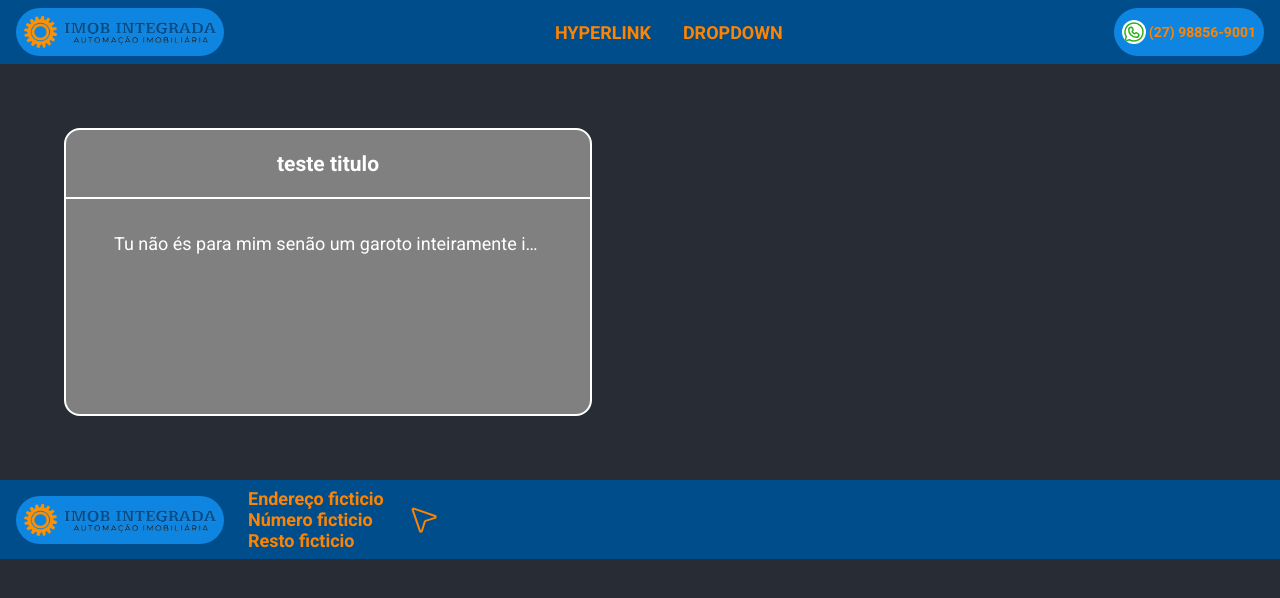
Repository: K0slov/testeAPI
Page: /
An editor plug-in stored every save of this project. The page is shown before and after the next save, followed by the edit.
The browser window is 1280 px wide. The pictures show the whole page.
The project was rebuilt for these pictures with package versions that can differ from the ones it lists, and the page was loaded fresh each time. Also part of the build but not shown: vite.config.ts.

Above is the page before, as saved 2022-06-27 18:48:26.

### index.html
<!DOCTYPE html>
<html lang="en">
  <head>
    <meta charset="UTF-8" />
    <link rel="icon" type="image/svg+xml" href="/src/favicon.svg" />
    <meta name="viewport" content="width=device-width, initial-scale=1.0" />
    <link rel="preconnect" href="https://fonts.googleapis.com" />
    <link rel="preconnect" href="https://fonts.gstatic.com" crossorigin />
    <link href="https://fonts.googleapis.com/css2?family=Roboto:wght@400;500;700&display=swap" rel="stylesheet" />
    <title>Teste Imob</title>
  </head>
  <body>
    <div id="root"></div>
    <script type="module" src="/src/main.tsx"></script>
  </body>
</html>

### src/App.tsx
import { Card } from "./components/Card/card"
import { Footer } from "./components/Footer/footer"
import { Header } from "./components/Header/header"


function App() {
  return (
    <>
      <Header />
      <Card />
      <Footer />
    </>
  )
}

export default App

### src/styles/global.css
body {
  height: 100%;
  margin: 0;
  font-family: 'Roboto', sans-serif;
  font-size: 18px;
  -webkit-font-smoothing: antialiased;
  -moz-osx-font-smoothing: grayscale;
  background-color: #282c34;
  color: white;
}
code {
  font-family: source-code-pro, Menlo, Monaco, Consolas, 'Courier New',
    monospace;
}

### src/components/Card/card.tsx
import './style.modeule.css'

export function Card() {
    return (
        <div className="card">
            <div className='titulo'>
                <h3>teste titulo</h3>
            </div>
            <div className='conteudo'>
                <p>Tu não és para mim senão um garoto inteiramente igual a cem mil outros garotos. E eu não tenho necessidade de ti. E tu não tens também necessidade de mim. Não passo a teus olhos de uma raposa igual a cem mil outras raposas. Mas, se tu me cativas, nós teremos necessidade um do outro. Serás pra mim o único no mundo. E eu serei para ti a única no mundo…</p>
            </div>
        </div>
    )
}

### src/components/Footer/footer.tsx
import './style.modeule.css'
import image from '../../assets/logoLaranja.png'
import { NavigationArrow } from 'phosphor-react'

export function Footer() {
    return (
        <footer>
            <img src={image} />
            <a href='' target='_blank'>
                <div className='adress'>
                    <span>Endereço ficticio</span>
                    <span>Número ficticio</span>
                    <span>Resto ficticio</span>
                </div>
                <NavigationArrow size={32} />
            </a>
        </footer>
    )
}

### src/components/Header/header.tsx
import './style.modeule.css'
import image from '../../assets/logoLaranja.png'
import { WhatsappLogo } from "phosphor-react";

export function Header() {
    return(
        <header>
            <img src={image} />

            <nav className="menu">
                <a className="menu-item" href=" ">HYPERLINK</a>
                <a className="menu-item" href=" ">DROPDOWN</a>
            </nav>

            <a className="wppLink" href="">
                <div className="wpp">
                    <WhatsappLogo className="icon" size={24} color="#34af23" />
                    <p className="number">(27) 98856-9001</p>
                </div>
            </a>
        </header>
    )
}

### src/components/Card/style.modeule.css
.card {
    width: 33rem;
    height: 18rem;
    display: flex;
    border: 2px solid;
    border-radius: 1rem;
    border-color: white;
    flex-direction: column;
    background-color: gray;
    align-items: center;
    margin: 4rem;
    box-sizing: border-box;
}
.titulo {
    border-bottom: 2px solid;
    border-color: white;
        display: flex;
        width: 100%;
        height: auto;
        box-sizing: border-box;
        align-items: center;
        justify-content: center;
    }
.conteudo {
    padding: 1rem 3rem;
    display: flex;
    width: 100%;
    height: auto;
    box-sizing: border-box;
    align-items: center;
    justify-content: center;
}
p {
    max-width: 500ch;
    overflow: hidden;
    text-overflow: ellipsis;
    white-space: nowrap;
}

### src/components/Footer/style.modeule.css
footer {
    width: 100%;
    padding: 0.5rem 1rem;
    background-color: #004d8b;
    display: flex;
    align-items: center;
    color: #fd8402;
    position: fixed;
}
img {
    width: 12rem;
    height: 2rem;
    background: #0e86e1;
    border-radius: 5rem;
    padding: 0.5rem;
}
.adress {
    display: flex;
    flex-direction: column;
    margin: 0rem 1.5rem;
}
a {
    text-decoration: none;
    color: #fd8402;
    font-weight: bold;
    display: flex;
    align-items: center;
    justify-content: flex-start;
}

### src/components/Header/style.modeule.css
header{
    padding: 0.5rem 1rem;
    background-color: #004d8b;
    display: flex;
    align-items: center;
    color: #fd8402;
    justify-content: space-between;
}
img{
    width: 12rem;
    height: 2rem;
    background: #0e86e1;
    border-radius: 5rem;
    padding: 0.5rem;
}
.wpp {
    width: auto;
    height: 2rem;
    display: flex;
    flex-direction: row;
    background: #0e86e1;
    border-radius: 5rem;
    padding: 0.5rem;
    align-items: center;
    justify-content: flex-start;
}
.number {
    margin-left: 0.2rem;
    font-size: 14px;
}
.wppLink {
    text-decoration: none;
    color: #fd8402;
    font-weight: bold;
}
.wppLink:hover {
    color: #0e86e1;
    transition-duration: 150ms;
}
.wpp:hover {
    background: #fd8402;
    transition-duration: 150ms;
}
.menu {
    display: flex;
    justify-content: space-between;
}

.menu-item {
    margin: 0rem 1rem;
    color: #fd8402;
    text-decoration: none;
}
.menu-item:hover {
    opacity: 40%;
}
.icon {
    background: white;
    border-radius: 50%;
}

Loaded but not shown: src/main.tsx (common file)

After the next save:
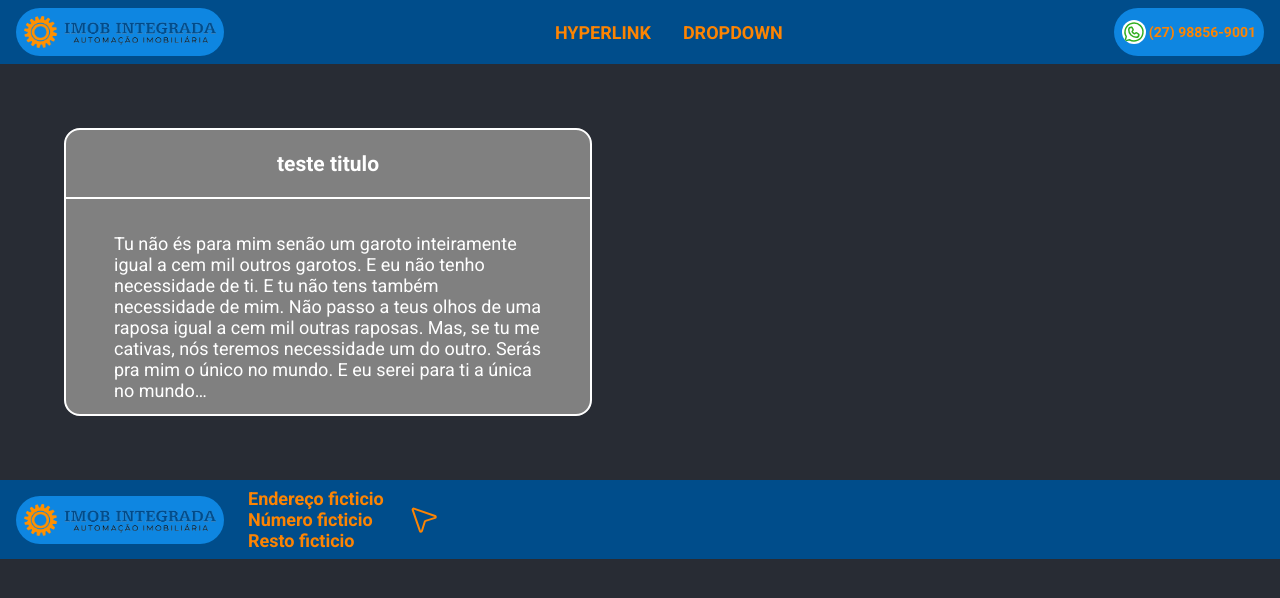
Saved 53 s later.
--- a/src/components/Card/style.modeule.css
+++ b/src/components/Card/style.modeule.css
@@ -31,8 +31,8 @@
     justify-content: center;
 }
 p {
-    max-width: 500ch;
+    max-width: 100ch;
     overflow: hidden;
     text-overflow: ellipsis;
-    white-space: nowrap;
+    //white-space: nowrap;
 }

After the save that followed:
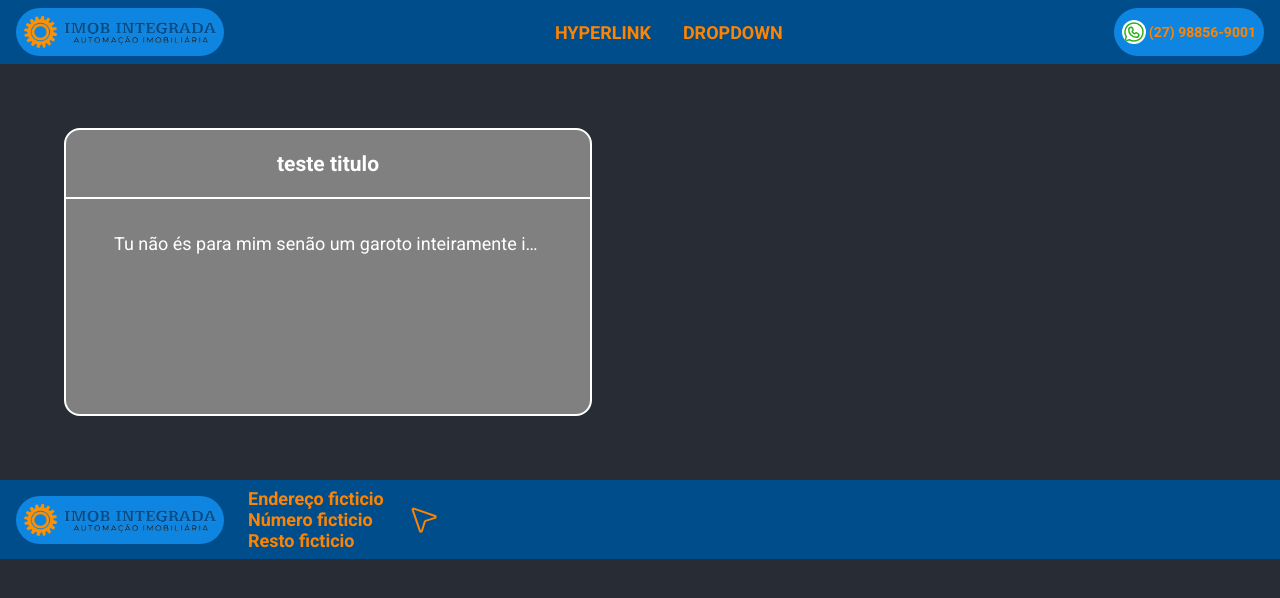
Saved 11 s later.
--- a/src/components/Card/style.modeule.css
+++ b/src/components/Card/style.modeule.css
@@ -34,5 +34,5 @@
     max-width: 100ch;
     overflow: hidden;
     text-overflow: ellipsis;
-    //white-space: nowrap;
+    white-space: nowrap;
 }
